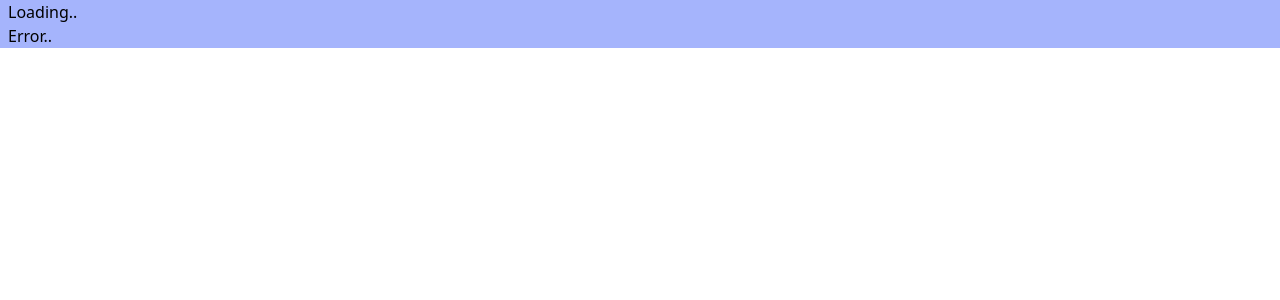
Repository: ShamroOoz/Github-job-api-React-Tailwind
Page: /
An editor plug-in stored every save of this project. The page is shown before and after the next save, followed by the edit.
The browser window is 1280 px wide. The pictures show the whole page.
The page's requests for data from a server got no answer. The project was rebuilt for these pictures with package versions that can differ from the ones it lists, and the page was loaded fresh each time. No one was signed in, and anything a server would have sent is missing. Also part of the build but not shown: craco.config.js.

Above is the page before, as saved 2021-03-03 13:51:30.

### src/App.js
import { useFetch } from "./components/Hooks/useFetch";

function App() {
  const { jobs, loading, error } = useFetch();
  return (
    <div className="px-2 bg-indigo-300">
      {loading && <div>Loading..</div>}
      {error && <div>Error..</div>}
      <div>
        {jobs && jobs.map((job) => <div key={job.id}>{job.title}</div>)}
      </div>
    </div>
  );
}

export default App;

### src/components/Hooks/useFetch.js
import { useReducer, useEffect } from "react";
import axios from "axios";
import { reducer } from "./Reduce";

const BASE_URL =
  "https://secret-ocean-49799.herokuapp.com/https://jobs.github.com/positions.json";

const initialState = {
  jobs: [],
  loading: false,
  error: false,
};

export const useFetch = () => {
  const [state, dispatch] = useReducer(reducer, initialState);

  //useeffect hook to get data
  useEffect(() => {
    dispatch({ type: "make_request", payload: "" });
    axios
      .get(BASE_URL)
      .then((res) => {
        dispatch({ type: "get_data", payload: res.data });
        console.log(res.data);
      })
      .catch((err) => {
        console.log(err);
        dispatch({ type: "error", payload: err });
      });
  }, []);

  return state;
};

### src/components/Hooks/Reduce.js
const ACTIONS = {
  MAKE_REQUEST: "make_request",
  GET_DATA: "get_data",
  ERROR: "error",
};

export const reducer = (state, action) => {
  switch (action.type) {
    case ACTIONS.MAKE_REQUEST:
      return { ...state, loading: true };
    case ACTIONS.GET_DATA:
      return {
        ...state,
        loading: false,
        jobs: action.payload,
      };
    case ACTIONS.ERROR:
      return { ...state, error: true };
    default:
      return state;
  }
};

Loaded but not shown: public/index.html (common file); src/index.js (common file); src/index.css (common file); tailwind.config.js (common file)

After the next save:
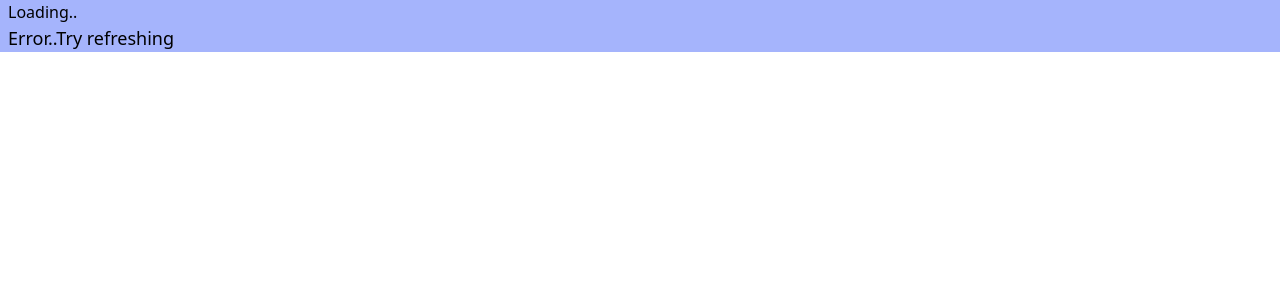
Saved 35 s later.
--- a/src/App.js
+++ b/src/App.js
@@ -5,7 +5,7 @@
   return (
     <div className="px-2 bg-indigo-300">
       {loading && <div>Loading..</div>}
-      {error && <div>Error..</div>}
+      {error && <div className="text-lg">Error..Try refreshing</div>}
       <div>
         {jobs && jobs.map((job) => <div key={job.id}>{job.title}</div>)}
       </div>
